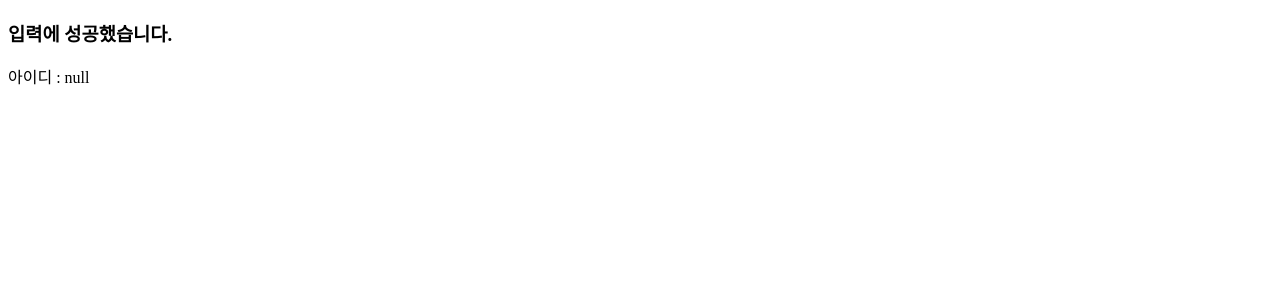
Repository: Pen-nek/Java_original
Page: http://localhost/JspBook/ch08/validation03_process.jsp
The author's editor kept a copy of each file at every save. The page is drawn from the files as they stood at one save, then again after the next save.
The browser window is 1280 px wide. The pictures show the whole page.
The page is served by Tomcat 9. Nobody is signed in. The application's start-up code is not run.

Above is the page before, as saved 2019-08-22 01:39:42.

After the next save:
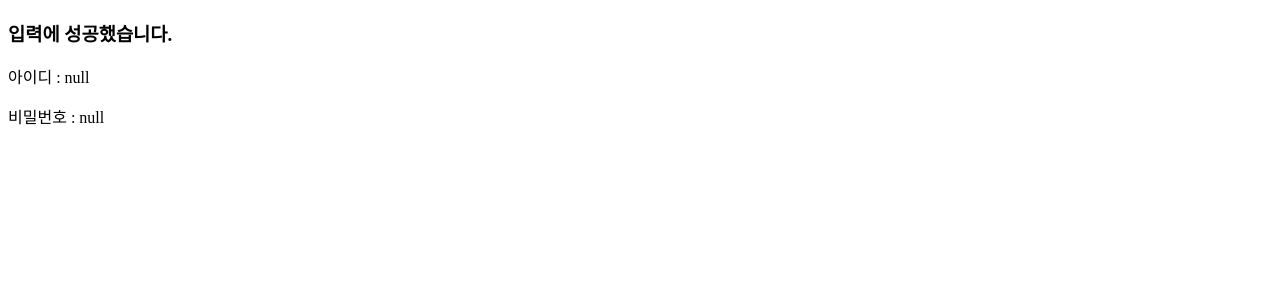
Saved 21 s later.
--- a/JspBook/WebContent/ch08/validation03_process.jsp
+++ b/JspBook/WebContent/ch08/validation03_process.jsp
@@ -13,6 +13,7 @@
 		String id = request.getParameter("id");
 		String passwd = request.getParameter("passwd");
 	%>
-	<p> 아이디 : <%=id%>
+	<p> 아이디 : <%=id %>
+	<p> 비밀번호 : <%=passwd %>
 </body>
 </html>
